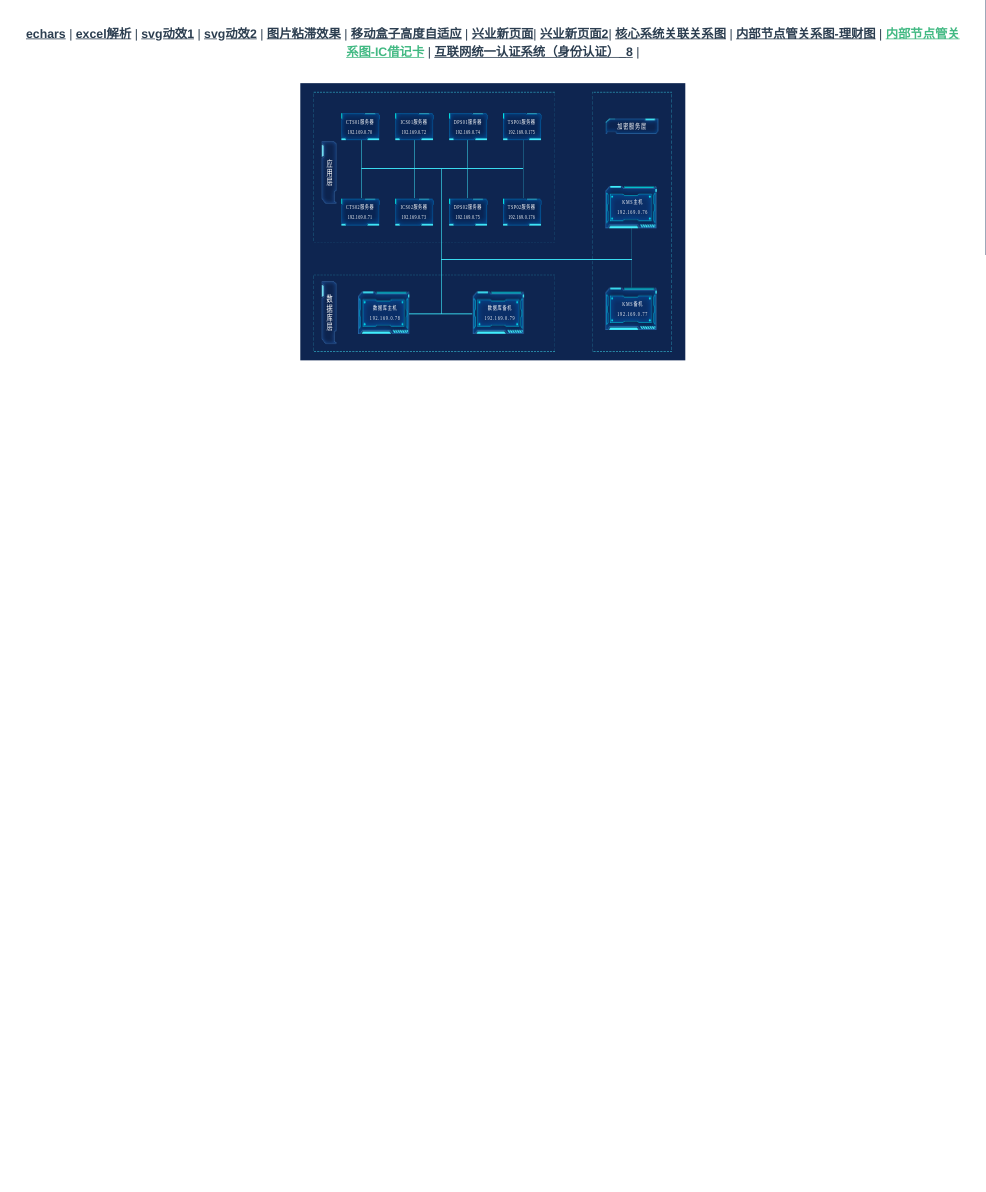
Repository: dmj199811/animation-dmj
Page: /#/work-page7
An editor plug-in stored every save of this project. The page is shown before and after the next save, followed by the edit.
The browser window is 1280 px wide. The pictures show the whole page, at 77% of full size.
The project was rebuilt for these pictures with package versions that can differ from the ones it lists, and the page was loaded fresh each time.

Above is the page before, as saved 2020-07-05 16:52:58.

After the next save:
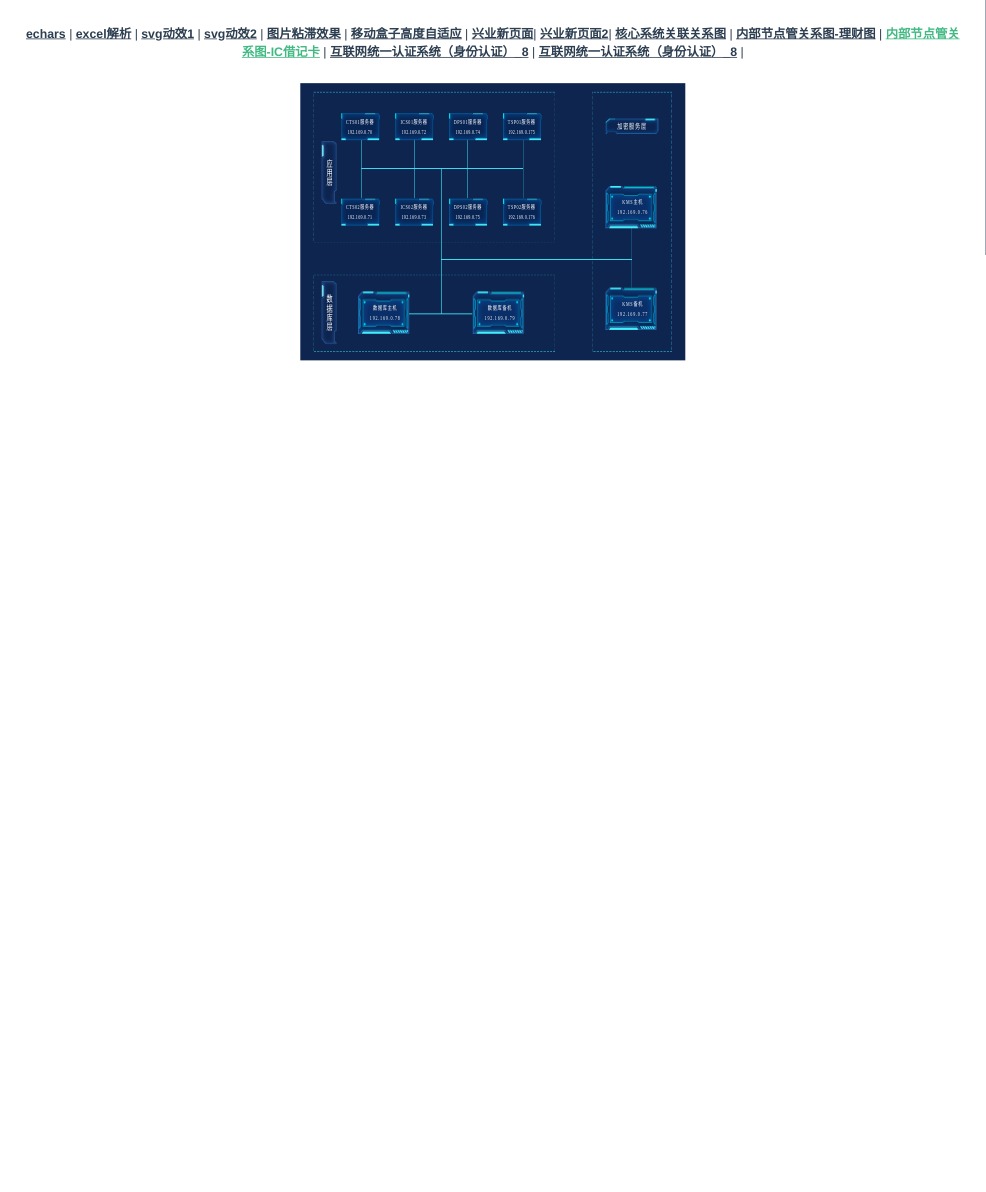
Saved 21 s later.
--- a/src/App.vue
+++ b/src/App.vue
@@ -14,6 +14,7 @@
       <router-link to="/work-page6">内部节点管关系图-理财图</router-link> |
       <router-link to="/work-page7">内部节点管关系图-IC借记卡</router-link> |
       <router-link to="/work-page8">互联网统一认证系统（身份认证）_8</router-link> |
+      <router-link to="/work-page9">互联网统一认证系统（身份认证）_8</router-link> |
     </div>
     <router-view />
   </div>
